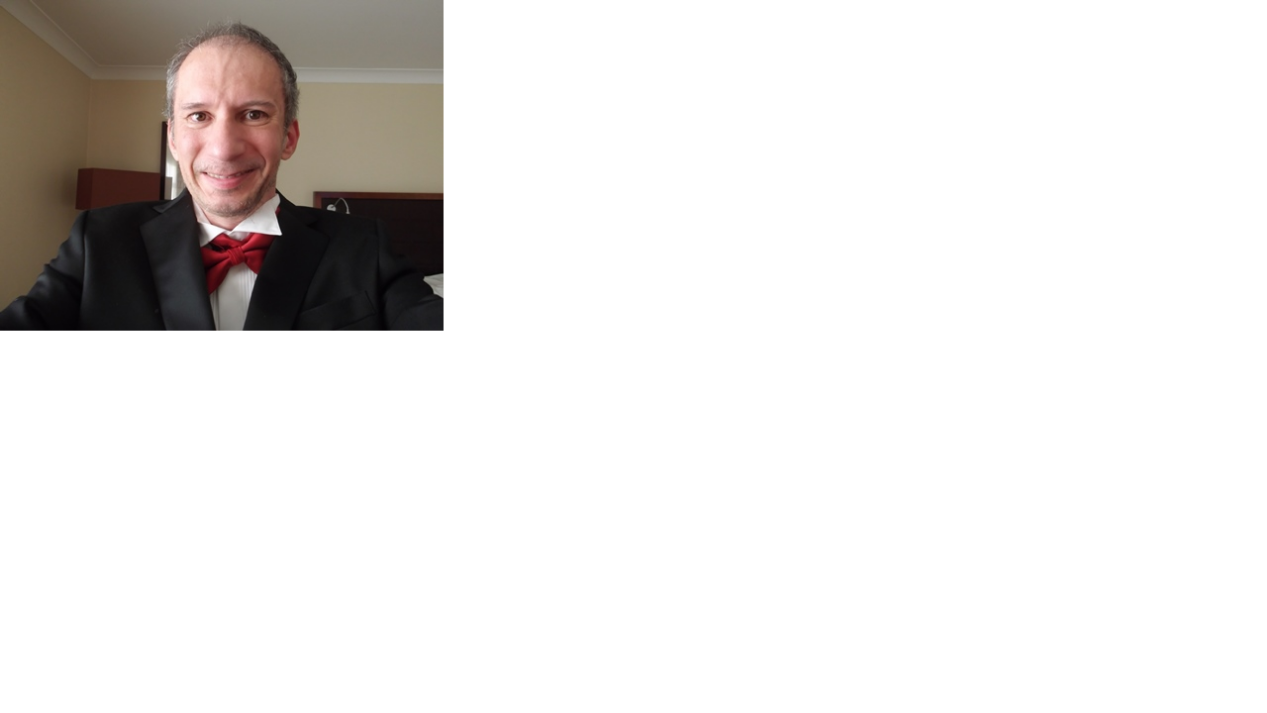
Repository: derektypist/product-landing-page
Page: index.html
The author's editor kept a record of every edit. The page is drawn from the files as they stood at one moment, then again after the next edit.
The browser window is 1280 px wide. The pictures show the whole page, at 99% of full size.

Above is the page before.

### index.html
<!DOCTYPE html>
<html lang="en">
<head>
    <meta charset="UTF-8">
    <meta name="viewport" content="width=device-width, initial-scale=1.0">
    <meta http-equiv="X-UA-Compatible" content="ie=edge">
    <title>Product Landing Page</title>
    <!-- Load Style Sheets -->
    <link rel="stylesheet" href="https://maxcdn.bootstrapcdn.com/bootstrap/4.4.0/css/bootstrap.min.css" integrity="sha384-SI27wrMjH3ZZ89r4o+fGIJtnzkAnFs3E4qz9DIYioCQ5l9Rd/7UAa8DHcaL8jkWt" crossorigin="anonymous">
    <link rel="stylesheet" href="https://maxcdn.bootstrapcdn.com/font-awesome/4.7.0/css/font-awesome.min.css" type="text/css" />
    <link href="https://fonts.googleapis.com/css?family=Roboto&display=swap" rel="stylesheet">
    <style>
        /* Header */
        #header {
            font-family: "Roboto", Arial, Verdana, sans-serif;
        }
    </style>
</head>
<body>
    <!-- Set Up Header -->
    <header id="header">
        <img src="derek.JPG" alt="Derek Dhammaloka" title="Derek Dhammaloka" id="header-img"><a href="index.html"></a>
    </header>
</body>
</html>

After the next edit:
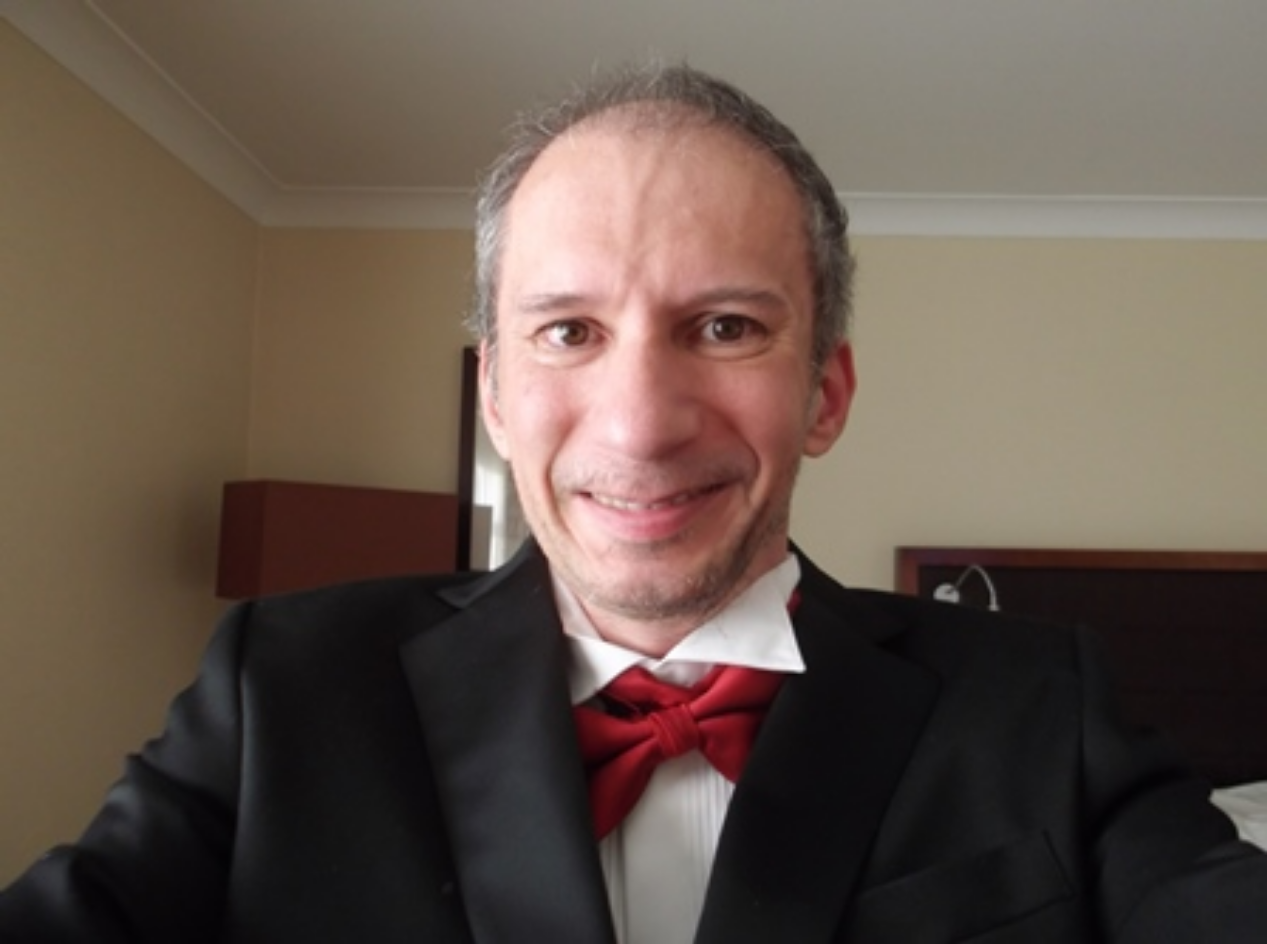
The edit:
--- a/index.html
+++ b/index.html
@@ -14,6 +14,11 @@
         #header {
             font-family: "Roboto", Arial, Verdana, sans-serif;
         }
+
+        #header-img {
+            width: 100%;
+            ma
+        }
     </style>
 </head>
 <body>
